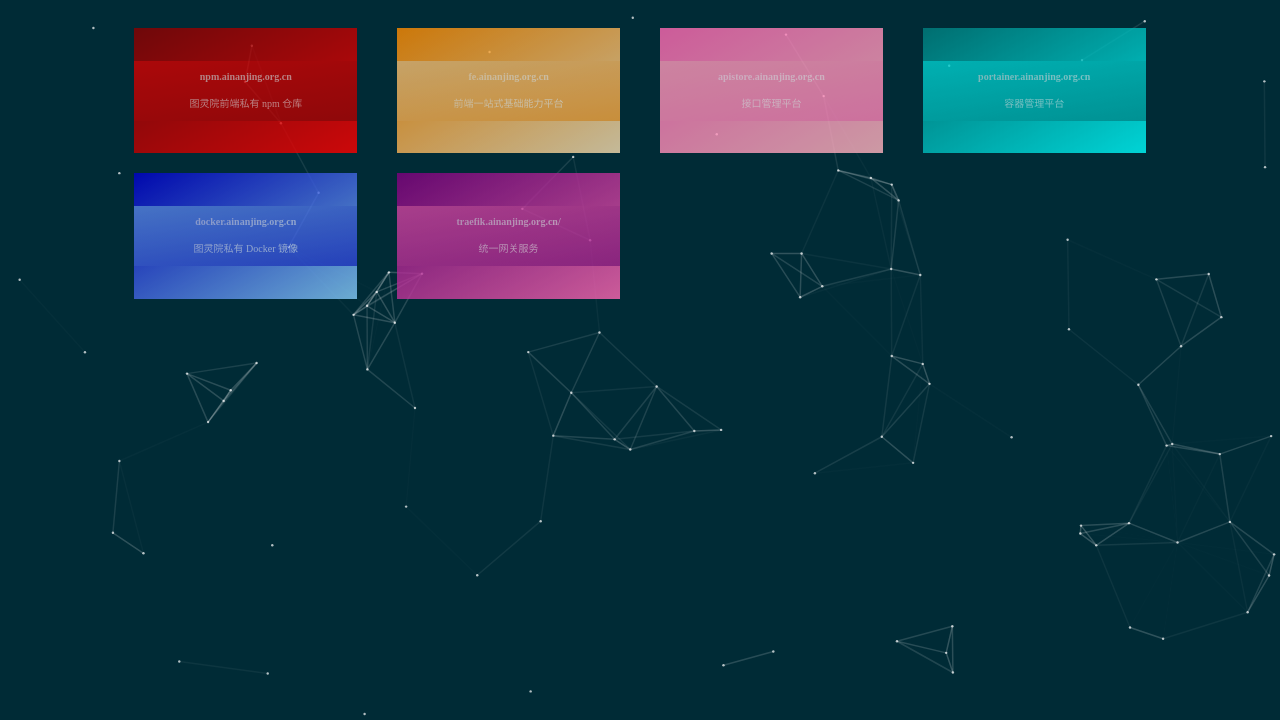
Repository: heweiwei1/portainer
Page: index.html
The author's editor kept a copy of each file at every save. The page is drawn from the files as they stood at one save, then again after the next save.
The browser window is 1280 px wide. The pictures show the whole page.

Above is the page before, as saved 2021-04-14 14:34:16.

After the next save:
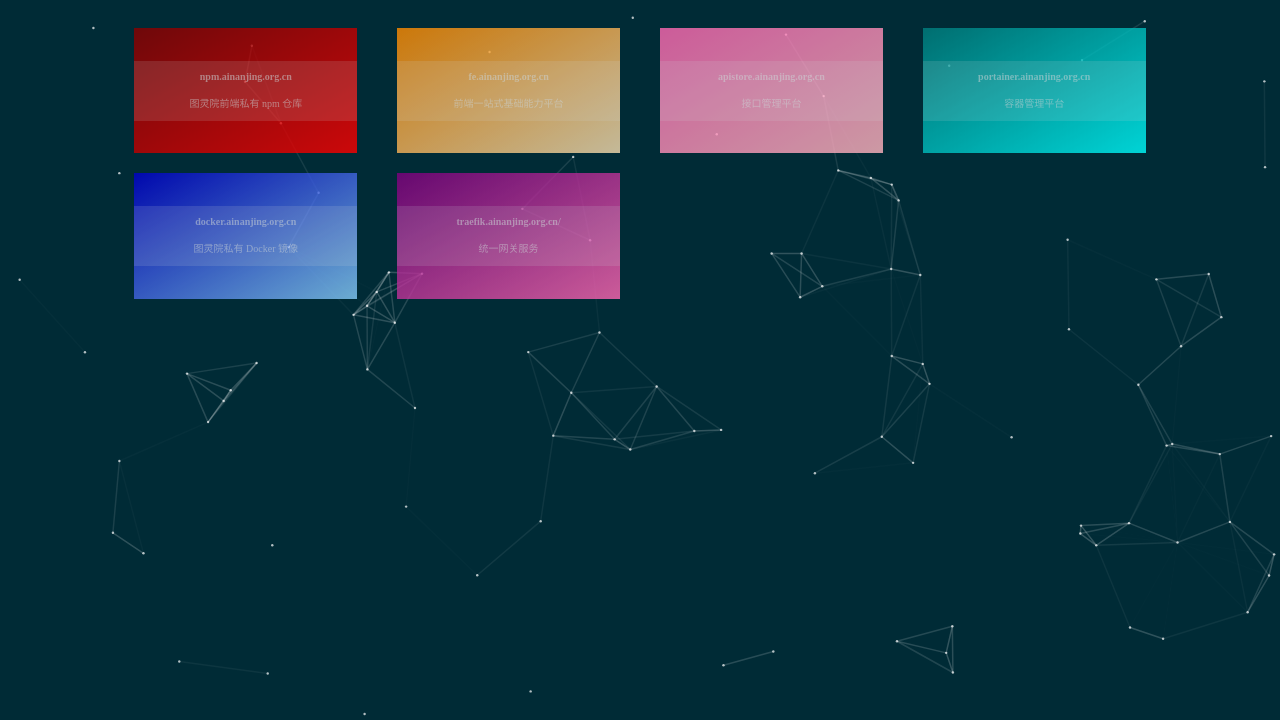
Saved 103 s later.
--- a/index.css
+++ b/index.css
@@ -88,3 +88,6 @@ a {
 .demo-6 .trans{
   background-image: linear-gradient(to top left,#800080,#ff69b4);
 }
+.box .trans {
+  background: rgba(255, 255, 255, .25);
+}
